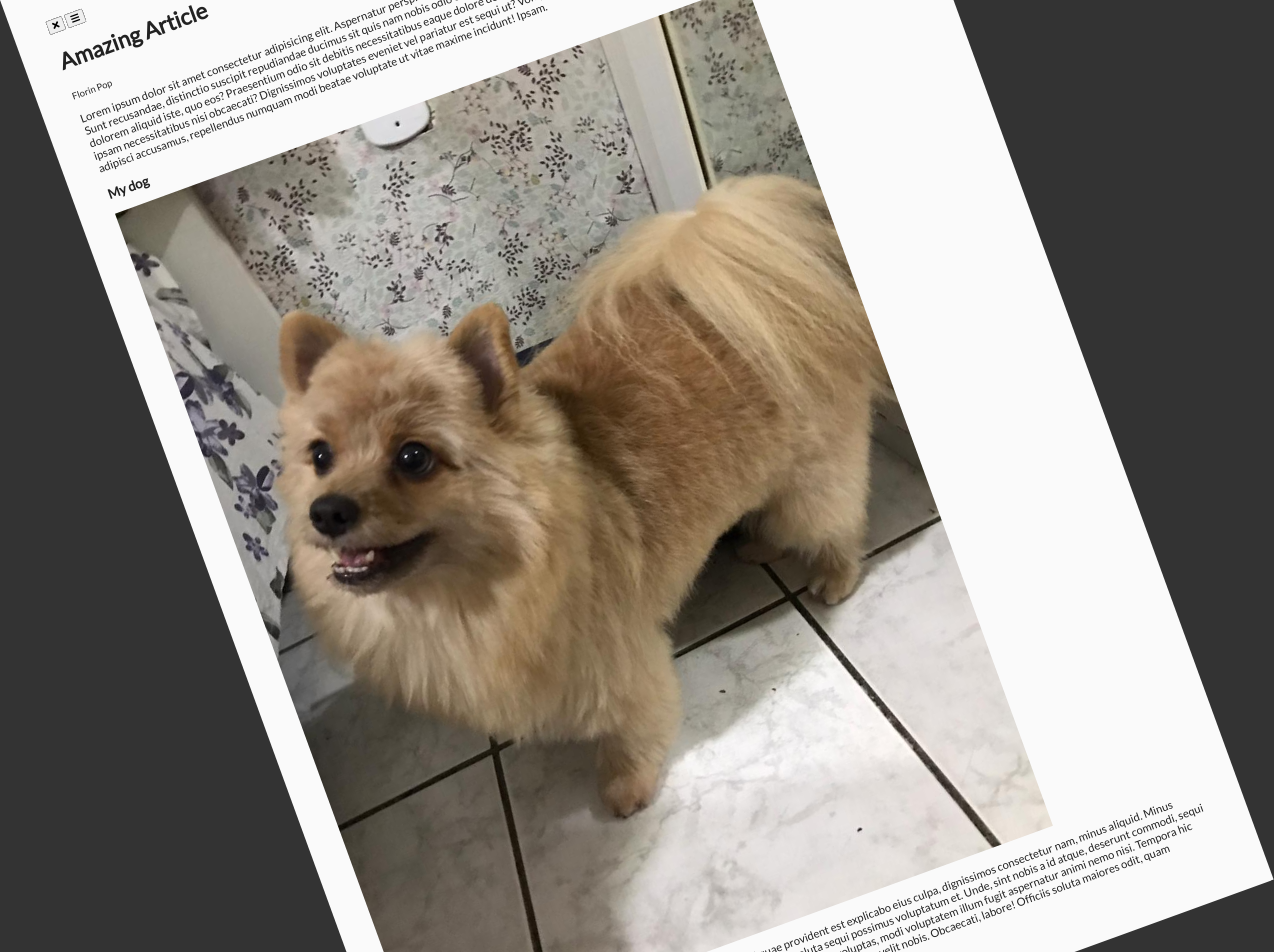
Repository: Williamlmachado/Rotating-Navigation
Page: index.html
The author's editor kept a copy of each file at every save. The page is drawn from the files as they stood at one save, then again after the next save.
The browser window is 1280 px wide. The page is 1820 px wide, then 1280 px, so the pictures cover 1820 px, including what lies to the right of the window. The pictures show the part of the page from y = 0 to 1360 px (the page is 1892 px tall), at 70% of full size.
Some web libraries are served in a nearby version.

Above is the page before, as saved 2021-08-13 09:40:28.

### index.html
<!DOCTYPE html>
<html lang="en">
  <head>
    <meta charset="UTF-8" />
    <meta name="viewport" content="width=device-width, initial-scale=1.0" />
    <link rel="stylesheet" href="https://cdnjs.cloudflare.com/ajax/libs/font-awesome/5.14.0/css/all.min.css" integrity="sha512-1PKOgIY59xJ8Co8+NE6FZ+LOAZKjy+KY8iq0G4B3CyeY6wYHN3yt9PW0XpSriVlkMXe40PTKnXrLnZ9+fkDaog==" crossorigin="anonymous" />
    <link rel="stylesheet" href="style.css" />
    <title>Rotating Navigation</title>
  </head>
  <body>
      <div class="container show-nav">
          <div class="circle-container">
              <div class="circle">
                <button id="close">
                    <i class="fas fa-times"></i>
                </button>
                <button id="Open">
                    <i class="fas fa-bars"></i>
                </button>
              </div>
          </div>
          <div class="content">
              <h1>Amazing Article</h1>
              <small>Florin Pop</small>
              <p>Lorem ipsum dolor sit amet consectetur adipisicing elit. Aspernatur perspiciatis sit voluptatum ullam quam, nulla voluptates ipsa asperiores, rem nam accusamus non in? Sunt recusandae, distinctio suscipit repudiandae ducimus sit quis nam nobis odio eligendi unde laudantium est quibusdam quam eius nisi ex tempora voluptatem ipsa dolorem aliquid iste, quo eos? Praesentium odio sit debitis necessitatibus eaque dolore deserunt eos, impedit atque pariatur? Perferendis sequi nulla magnam modi minus ipsam necessitatibus nisi obcaecati? Dignissimos voluptates eveniet vel pariatur est sequi ut? Voluptates deserunt consequatur dignissimos labore, reprehenderit deleniti adipisci accusamus, repellendus numquam modi beatae voluptate ut vitae maxime incidunt! Ipsam.</p>
              <h3>My dog</h3>
              <img src="./Duke122.jpeg" alt="doggy">
              <p>Lorem ipsum dolor, sit amet consectetur adipisicing elit. Minima, deleniti quae provident est explicabo eius culpa, dignissimos consectetur nam, minus aliquid. Minus cumque dignissimos ut nostrum accusamus, harum placeat tempora eius rerum soluta sequi possimus voluptatum et. Unde, sint nobis a id atque, deserunt commodi, sequi reprehenderit corrupti praesentium saepe in earum incidunt expedita asperiores et? Sit voluptas, modi voluptatem illum fugit aspernatur animi nemo nisi. Tempora hic culpa, harum suscipit cum excepturi tenetur rerum illo obcaecati enim voluptatum, ipsam nulla a velit nobis. Obcaecati, labore! Officiis soluta maiores odit, quam consectetur, aperiam modi quo eum asperiores rerum quisquam expedita.</p>
          </div>
      </div>
      <nav>
          <ul>
              <li><i class="fas fa-home"></i> Home</li>
              <li><i class="fas fa-user-alt"></i> About</li>
              <li><i class="fas fa-envelope"></i> Contact</li>
          </ul>
      </nav>
      <script src="script.js"></script>
  </body>
</html>

### style.css
@import url('https://fonts.googleapis.com/css?family=Lato&display=swap');

* {
  box-sizing: border-box;
}

body {
  font-family: 'Lato', sans-serif;
  background-color: #333;
  color: #222;
  overflow-x: hidden;
  margin: 0;
}
.container{
    background-color: #fafafa;
    transform-origin: top left;
    transition: transform 0.5s linear;
    width: 100vw;
    min-height: 100vw;
    padding: 50px;
}
.container.show-nav{
    transform: rotate(-20deg);
}

Loaded but not shown: script.js (no copy from this time; the picture is the same without it)

After the next save:
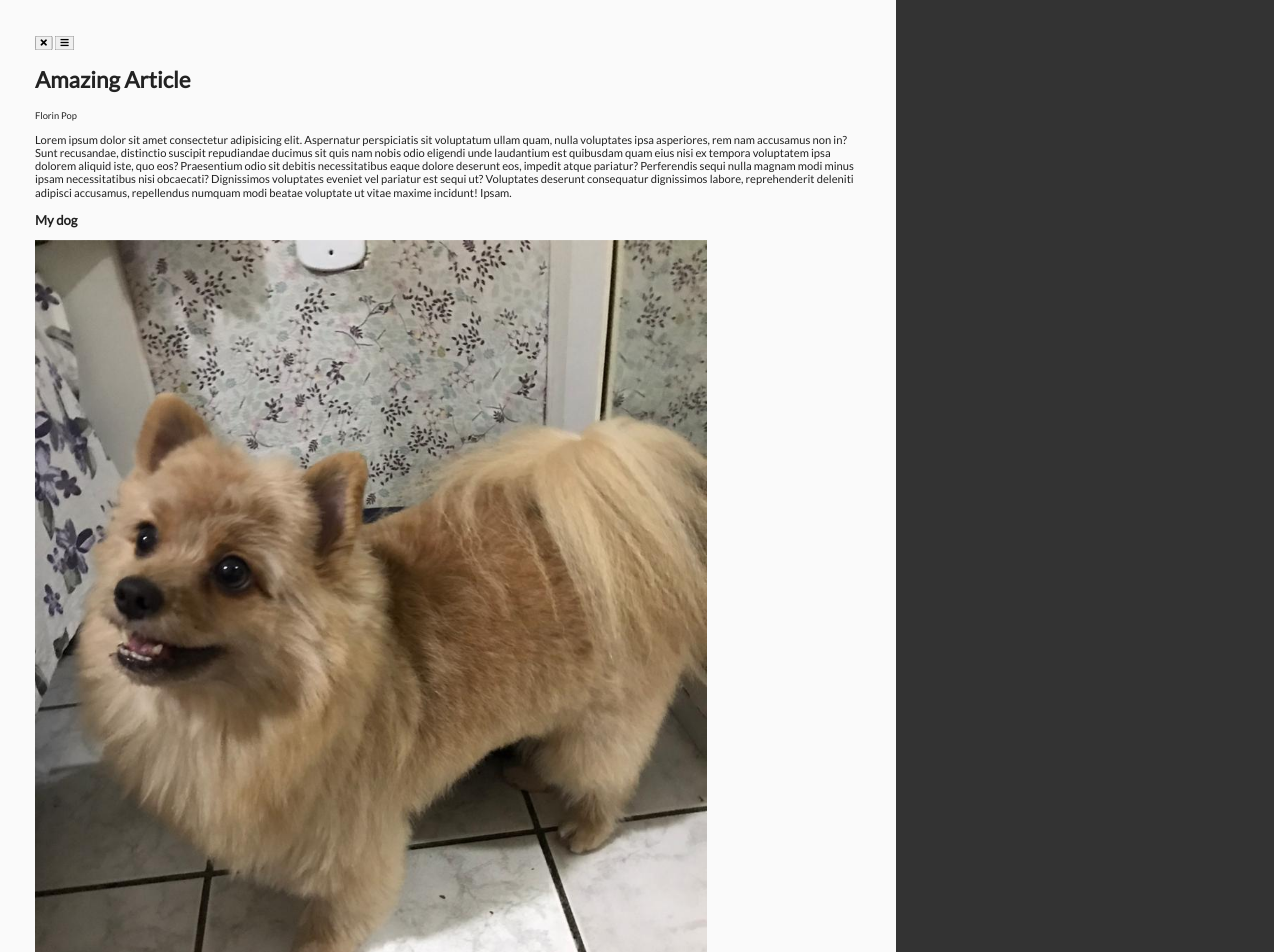
Saved 21 s later.
--- a/index.html
+++ b/index.html
@@ -8,7 +8,7 @@
     <title>Rotating Navigation</title>
   </head>
   <body>
-      <div class="container show-nav">
+      <div class="container">
           <div class="circle-container">
               <div class="circle">
                 <button id="close">
